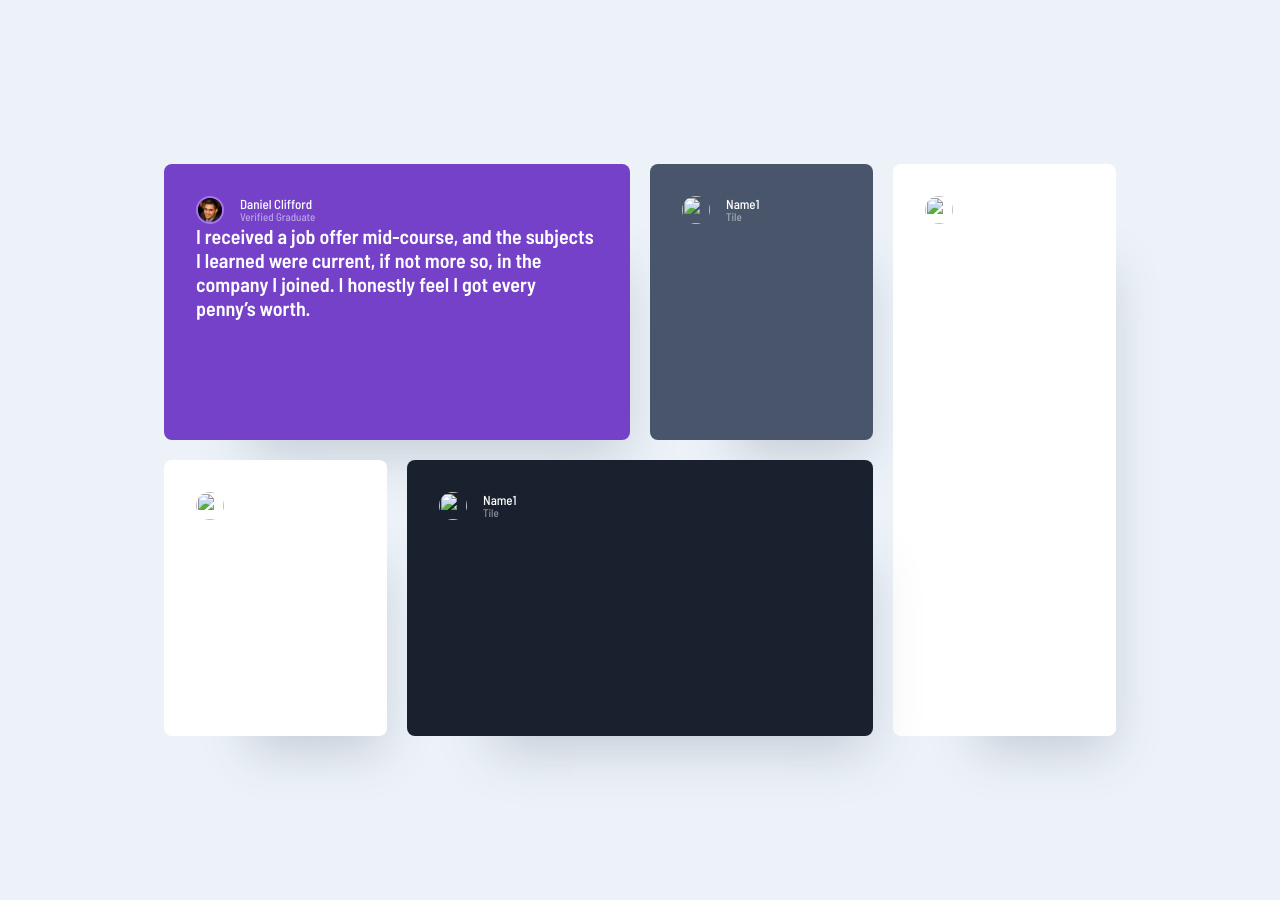
Repository: brandontaylor1/testimonial-card
Page: index.html
The author's editor kept a copy of each file at every save. The page is drawn from the files as they stood at one save, then again after the next save.
The browser window is 1280 px wide. The pictures show the whole page.

Above is the page before, as saved 2025-01-10 23:51:38.

After the next save:
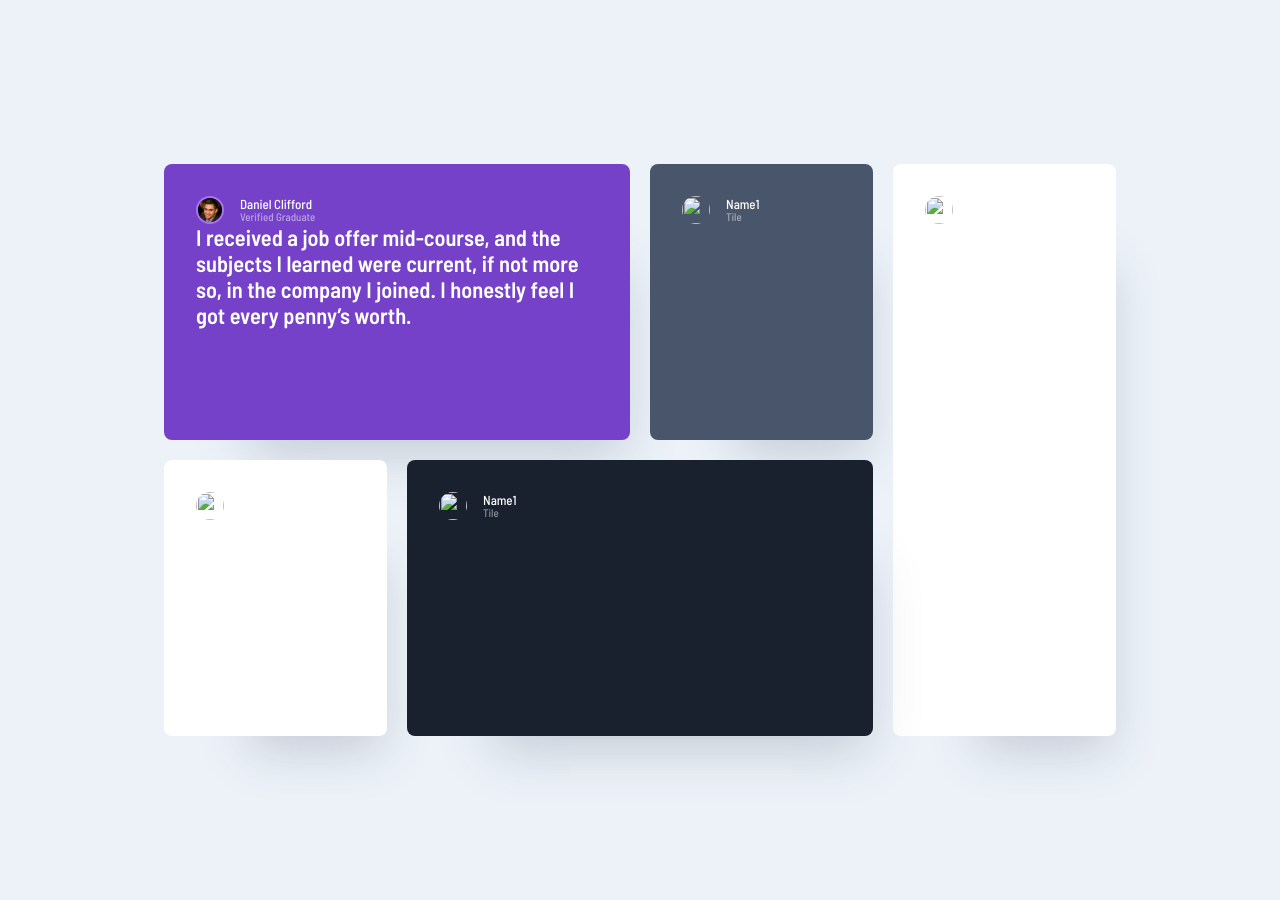
Saved 49 s later.
--- a/styles.css
+++ b/styles.css
@@ -67,7 +67,7 @@ body {
 
 .card-heading {
     color: #FFF;
-    font-size: 20px;
+    font-size: 1.4rem;
     font-style: normal;
     font-weight: 600;
     line-height: normal;
